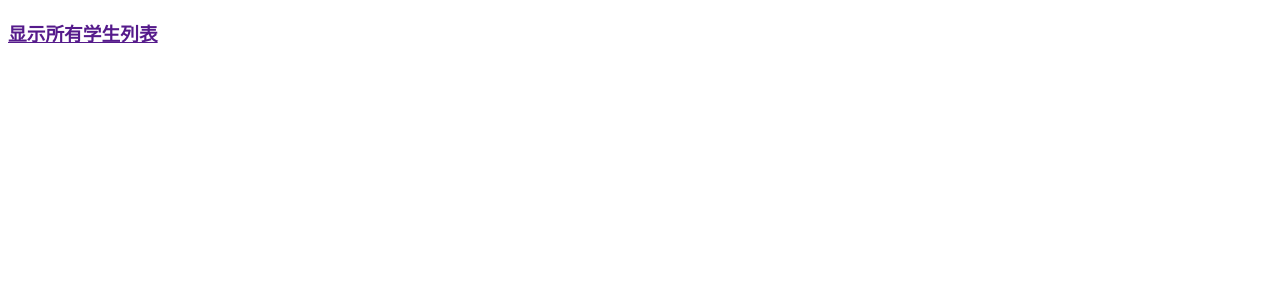
Repository: ChengqunYang/JAVA
Page: http://localhost/stu/
An editor plug-in stored every save of this project. The page is shown before and after the next save, followed by the edit.
The browser window is 1280 px wide. The pictures show the whole page.
The page is served by Tomcat 9. Other server files are loaded and not shown.

Above is the page before, as saved 2019-04-03 12:04:29.

### stu/WebContent/index.jsp
<%@ page language="java" contentType="text/html; charset=UTF-8"
    pageEncoding="UTF-8"%>
<!DOCTYPE html PUBLIC "-//W3C//DTD HTML 4.01 Transitional//EN" "http://www.w3.org/TR/html4/loose.dtd">
<html>
<head>
<meta http-equiv="Content-Type" content="text/html; charset=ISO-8859-1">
<title>首页</title>
</head>
<body>
	<h3><a href = "">显示所有学生列表</a></h3>
</body>
</html>

After the next save:
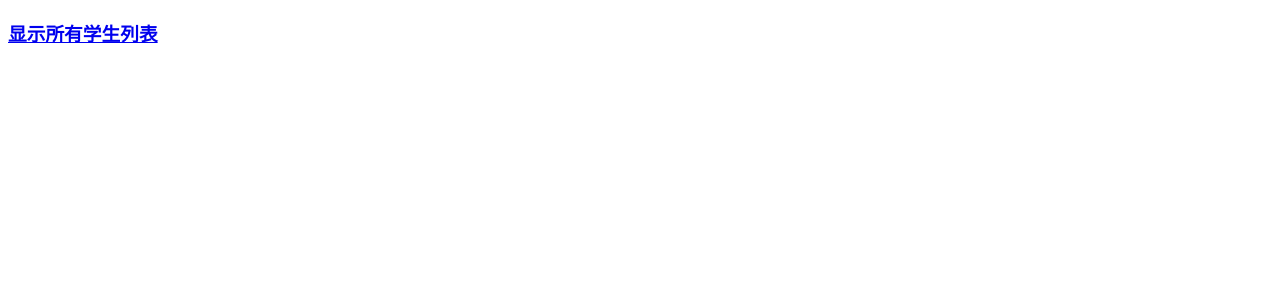
Saved 45 s later.
--- a/stu/WebContent/index.jsp
+++ b/stu/WebContent/index.jsp
@@ -7,6 +7,6 @@
 <title>首页</title>
 </head>
 <body>
-	<h3><a href = "">显示所有学生列表</a></h3>
+	<h3><a href = "StudentListServlet">显示所有学生列表</a></h3>
 </body>
 </html>
